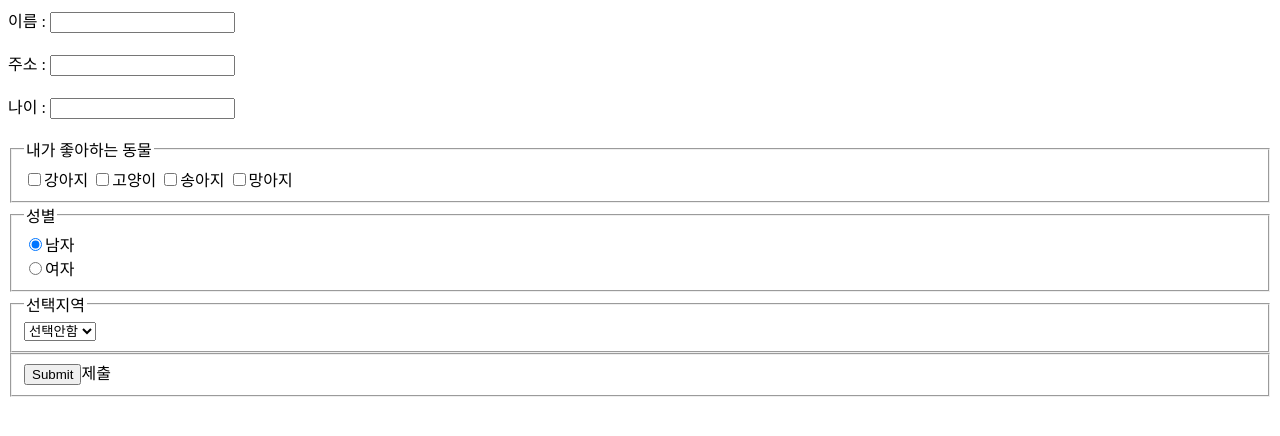
Repository: Show-And-Prove/jsp
Page: practice01/WebContent/input.html
An editor plug-in stored every save of this project. The page is shown before and after the next save, followed by the edit.
The browser window is 1280 px wide. The pictures show the whole page.

Above is the page before, as saved 2022-10-17 07:57:49.

### practice01/WebContent/input.html
<!DOCTYPE html>
<html>
<head>
<meta charset="UTF-8">
<title>입력 데이터 처리와 주고 받기</title>
</head>
<body>
<form action="indata" action="test04.jsp" method="post">
	이름 : <input type="text" name="name"><br><br>
	주소 : <input type="text" name="addr"><br><br>
	나이 : <input type="number" name="age"><br><br>
	<fieldset>
		<legend>내가 좋아하는 동물</legend>
		<input type="checkbox" name="pet" value="dog" />강아지
		<input type="checkbox" name="pet" value="cat" />고양이
		<input type="checkbox" name="pet" value="cow" />송아지
		<input type="checkbox" name="pet" value="horse" />망아지
	</fieldset>
	<fieldset>
		<legend>성별</legend>
		<input type="radio" name="male" value="m" checked>남자<br>
		<input type="radio" name="male" value="f">여자<br>
	</fieldset>
	<fieldset>
		<legend>선택지역</legend>
		<select name="area">
		<option selected>선택안함</option>
		<option value="01">서울</option>
		<option value="02">경기</option>
		<option value="03">대전</option>
		<option value="04">전라</option>
		</select>
	</fieldset>
	<fieldset>
		<input type="submit">제출

	</fieldset>


</form>

</body>
</html>

After the next save:
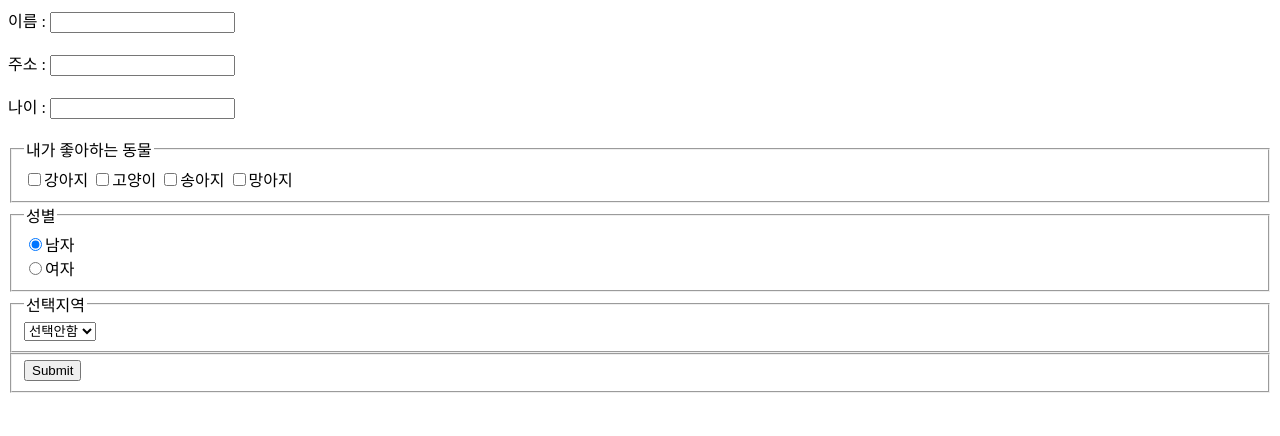
Saved 24 s later.
--- a/practice01/WebContent/input.html
+++ b/practice01/WebContent/input.html
@@ -32,7 +32,7 @@
 		</select>
 	</fieldset>
 	<fieldset>
-		<input type="submit">제출
+		<input type="submit">
 
 	</fieldset>
 
